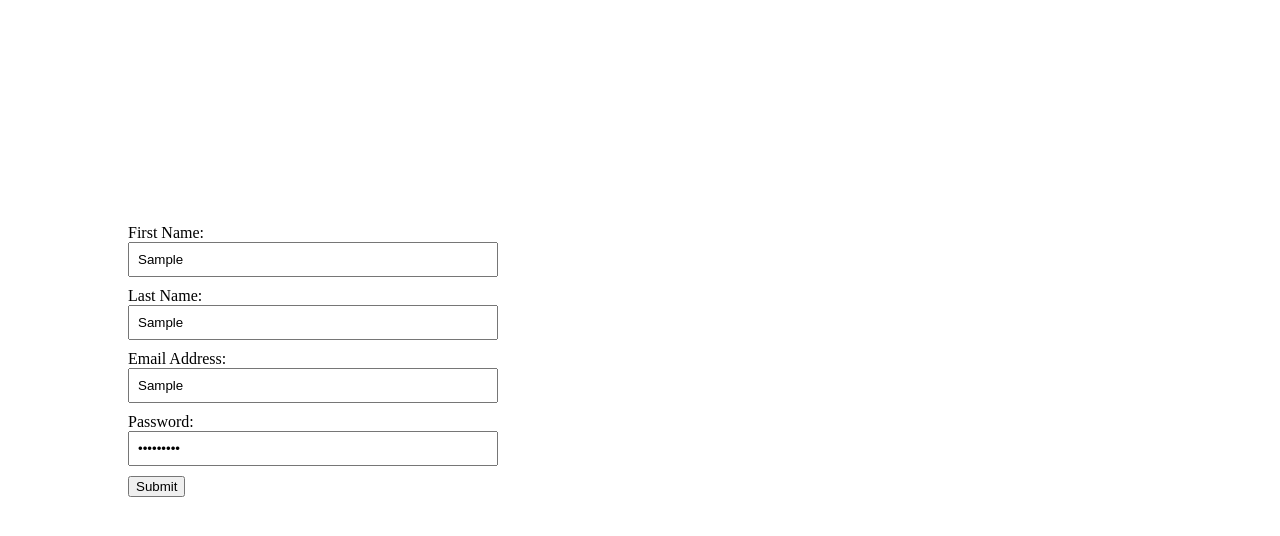
Repository: lamilekan263/contactKeep
Page: index.html
These files come from the project's save history. The page is drawn as it stood at one moment and after a run of saves; the edit follows.
The browser window is 1280 px wide. The pictures show the whole page.
Empty fields were first filled with sample values (such as "Sample", 5 or name@example.com).
After loading, the first visible `#form-given` was submitted once.

Above is the page before, as saved 2020-09-11 18:44:14.

After the next 7 saves:
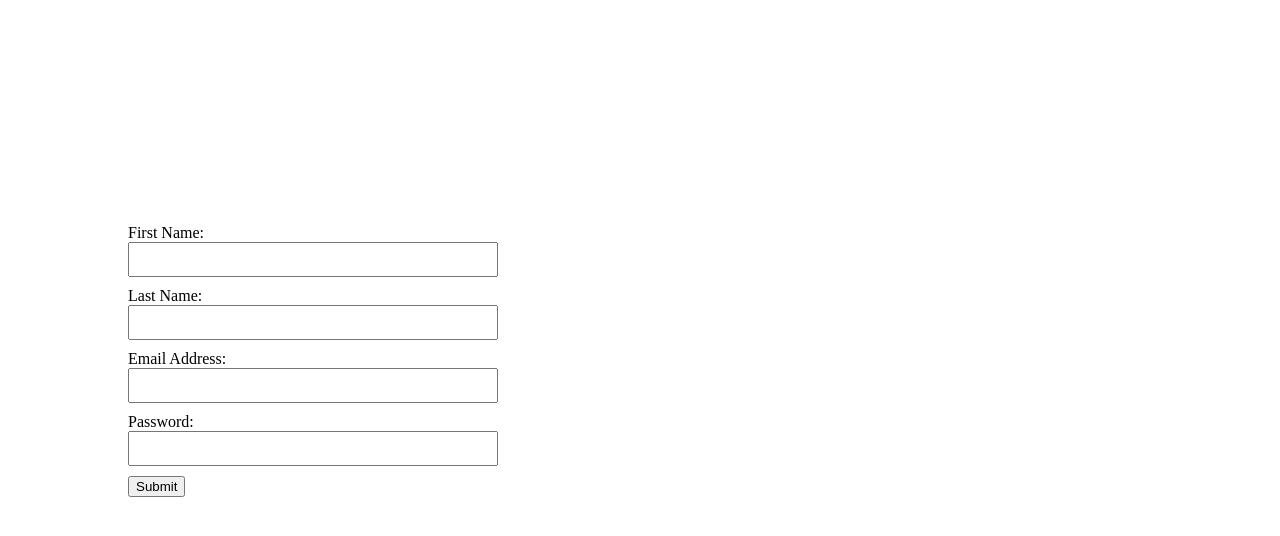
The 7 saves are shown as one change because they came seconds apart.
The last was saved 18 s later.
--- a/main.js
+++ b/main.js
@@ -9,4 +9,5 @@ form.addEventListener('submit', (e) =>{
     const password = form['password'].value
     console.log(`first Name = ${firstName} Last Name = ${lastName} Email = ${email} password = ${password}`)
 
+    form.reset();
 })
